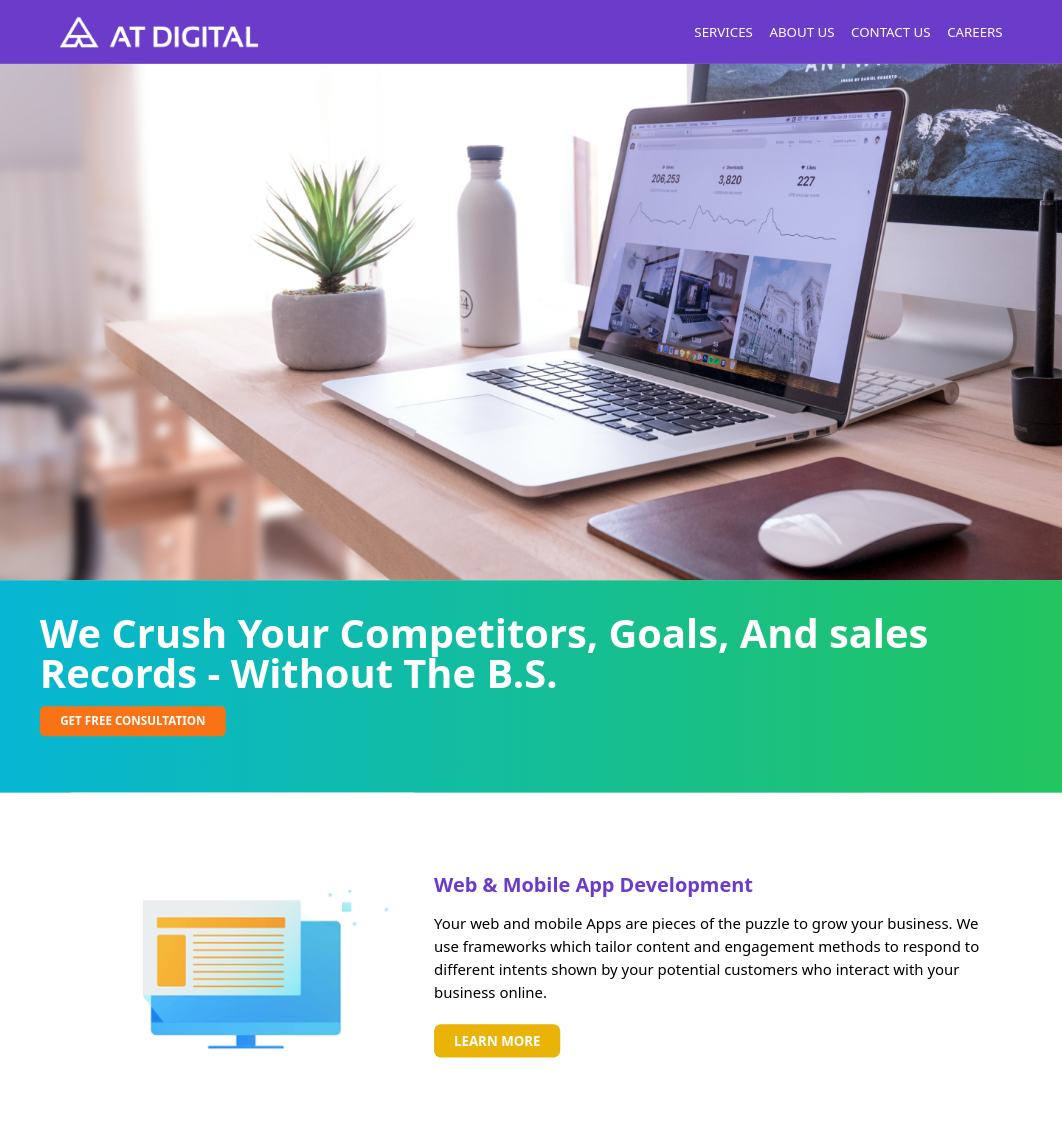
Repository: Milith97/AT-Digital-Website
Page: /
The author's editor kept a copy of each file at every save. The page is drawn from the files as they stood at one save, then again after the next save.
The browser window is 1280 px wide. The pictures show the whole page, at 83% of full size.
The project was rebuilt for these pictures with package versions that can differ from the ones it lists, and the page was loaded fresh each time. Also part of the build but not shown: vite.config.js.

Above is the page before, as saved 2024-04-06 22:39:30.

### src/App.jsx
// App.js or your main component file
import React from 'react';
import NavBar from './Components/NavBar';
import HomePage from './Components/HomePage';
import Servicers from './Components/Servicers'

function App() {
  return (
    <div className="App">
      <NavBar />
      <HomePage />
      <Servicers/>
    </div>
  );
}

export default App;

### src/Components/NavBar.jsx
import React, { useState } from 'react';
import Logo from '../assets/Img/Logo.png';

const NavBar = () => {
    const [isOpen, setIsOpen] = useState(false);

    return (
        <nav className="bg-[#6B3CC9]">
            <div className="max-w-1440px max-h-20 xl:px-16 md:px-7 sm:px-11 max-lg:mx-6">
                <div className="flex justify-between">
                    <div>
                        <a href="#" className={`flex items-center py-5 sm:px-2 ${isOpen ? 'hidden' : 'flex'}`}>
                            <img src={Logo} alt="Logo" />
                        </a>
                    </div>
                    <div className={`hidden md:flex font-medium text-white items-center space-x-1 ${isOpen ? 'flex' : 'hidden'}`}>
                        <a href="#" className="py-5 px-2 ">SERVICES</a>
                        <a href="#" className="py-5 px-2 ">ABOUT US</a>
                        <a href="#" className="py-5 px-2 ">CONTACT US</a>
                        <a href="#" className="py-5 px-2 ">CAREERS</a>
                    </div>
                    <div className="md:hidden flex items-center ">
                        <button onClick={() => setIsOpen(!isOpen)} className="text-white focus:outline-none">
                            {!isOpen ? (
                                <svg className="h-14 w-10" stroke="white" viewBox="0 0 24 24" >
                                    <path strokeLinecap="round" strokeLinejoin="round" strokeWidth="3" d="M4 6h16M4 12h16M4 18h16" />
                                </svg>
                            ) : (
                                <svg className="h-12 w-8" stroke="black" viewBox="0 0 24 24" >
                                    <path strokeLinecap="round" strokeLinejoin="round" strokeWidth="3" d="M6 18L18 6M6 6l12 12" />
                                </svg>
                            )}
                        </button>
                    </div>
                </div>
            </div>
            <div className={`${isOpen ? 'block' : 'hidden'} md:hidden`}>
                <div className="bg-white">
                    <a href="#" className="block py-2 px-4 text-sm text-black-500 ">HOME</a>
                    <a href="#" className="block py-2 px-4 text-sm text-black-500">SERVICES</a>
                    <a href="#" className="block py-2 px-4 text-sm text-black-500">ABOUT US</a>
                    <a href="#" className="block py-2 px-4 text-sm text-black-500">CONTACT US</a>
                    <a href="#" className="block py-2 px-4 text-sm text-black-500">CAREERS</a>
                </div>
            </div>
        </nav>
    );
};

export default NavBar;

### src/Components/HomePage.jsx
import React from 'react';
import backgroundImage from '../assets/Img/Home.png';

const HomePage = () => {
    return (
        <div className=''>
            <div>
                <img src={backgroundImage} alt="Home Image" />
            </div>
            <div className='h-64 max-w-full bg-gradient-to-r from-cyan-500 to-green-500 '>
                <div className='text-lg py-6 px-12 '>
                    <p className='font-bold text-5xl text-white py-4'>We Crush Your Competitors, Goals, And sales Records - Without The B.S.</p>
                    <div className=''>
                        <button className='bg-orange-500 text-white font-bold text-sm h-9 w-56 rounded-md'>GET FREE CONSULTATION</button>
                    </div>
                </div>
            </div>
        </div>
    );
};

export default HomePage;

### src/Components/Servicers.jsx
// import React from 'react';
// import Service1 from '../assets/Img/Service1.png';
// const Servicers = () => {
//     return (
//         <div className="flex flex-col md:flex-row items-center justify-center">
//             <div className=" lg:w-2/5 flex-shrink-0 mb-6 md:mb-0 mr-0 md:mr-0">
//                 <img src={Service1} alt="Service Image" className="xl:w-full xl:h-full object-cover" />
//             </div>

//             {/* Right Side (Content) */}
//             <div className="lg:w-3/5">
//                 <h2 className="sm:text-3xl md:text-2xl lg:text-3xl xl:text-2xl 2xl:text:4xl  font-bold mb-4 text-[#6B3CC9]">Web & Mobile App Development</h2>
//                 <p className=" sm:text-xl md:text-lg lg:text-lg xl:text-lg 2xl:text-xl font-normal  mb-6 ">Your web and mobile Apps are pieces of the puzzle to grow your business. We use frameworks which tailor content and engagement methods to respond to different intents shown by your potential customers who interact with your business online.</p>
//                 <button className="bg-yellow-500 text-white font-bold py-2 px-6 rounded-lg hover:bg-yellow-600 transition-colors">LEARN MORE</button>
//             </div>
//         </div>
//     );
// };

// export default Servicers;

import React from 'react';
import Service1 from '../assets/Img/Service1.png';

const Services = () => {
    return (
        <div className="flex flex-col md:flex-row items-center justify-center">
            {/* Left Side (Image) */}
            <div className="w-414 h-414  flex-shrink-0 mb-6 md:mb-0 mr-0 md:mr-6">
                {/* Replace the 'src' attribute with your image URL */}
                <img src={Service1} alt="Service Image" className="w-full h-full object-cover" />
            </div>

            {/* Right Side (Content) */}
            <div className="md:max-w-lg lg:max-w-xl xl:max-w-2xl ">
                <h2 className=" md:text-2xl lg:text-3xl xl:text-2xl 2xl:text:4xl  font-bold mb-4 text-[#6B3CC9]">Web & Mobile App Development</h2>
                <p className="sm:text-xs md:text-xs lg:text-lg xl:text-lg 2xl:text-lg font-medium mb-6">Your web and mobile Apps are pieces of the puzzle to grow your business. We use frameworks which tailor content and engagement methods to respond to different intents shown by your potential customers who interact with your business online.</p>
                <button className="bg-yellow-500 text-white font-bold py-2 px-6 rounded-lg hover:bg-yellow-600 transition-colors">LEARN MORE</button>
            </div>
        </div>
    );
};

export default Services;

Loaded but not shown: index.html (common file); src/main.jsx (common file); src/index.css (common file); tailwind.config.js (common file)

After the next save:
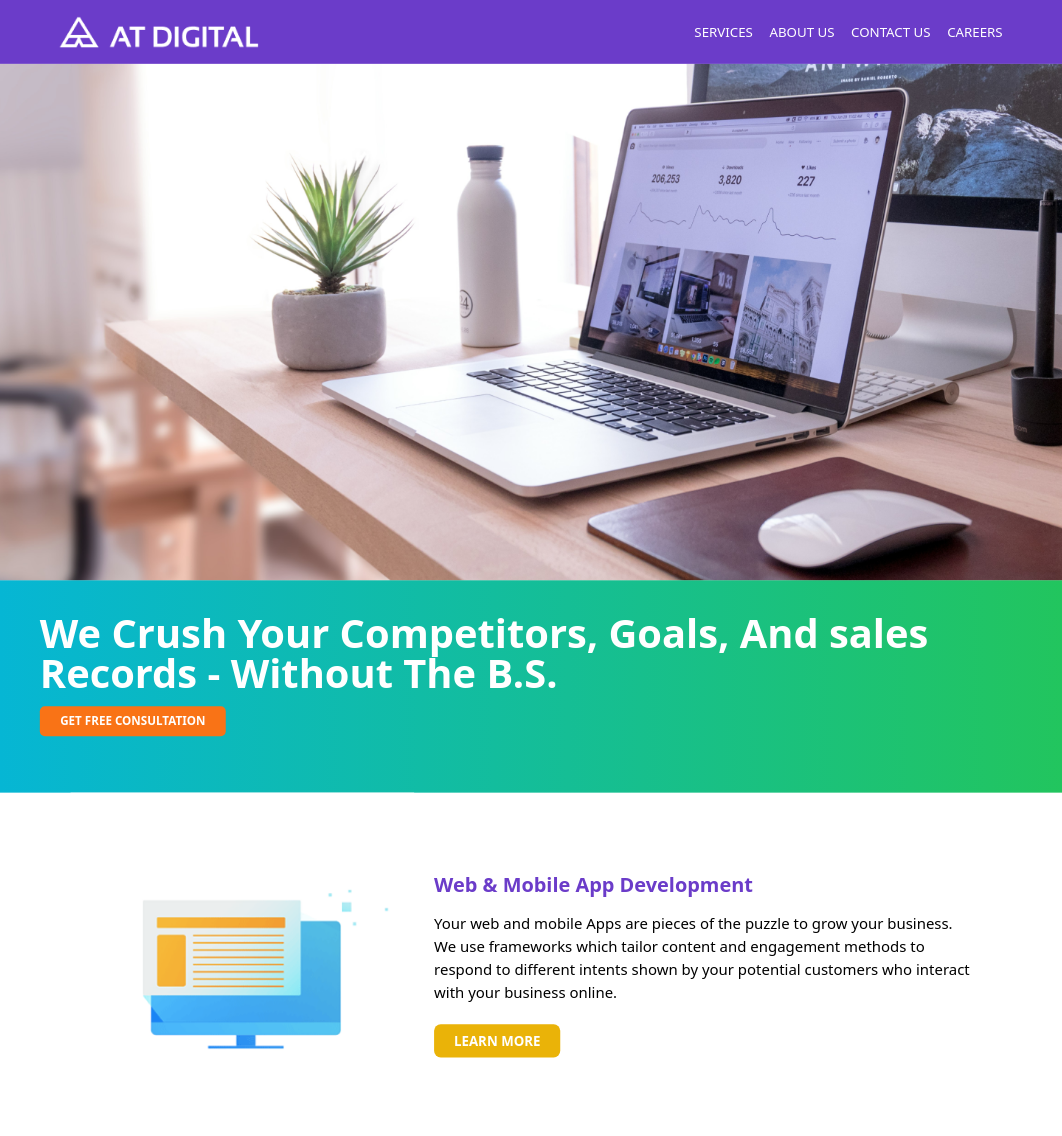
Saved 20 s later.
--- a/src/Components/Servicers.jsx
+++ b/src/Components/Servicers.jsx
@@ -34,7 +34,7 @@ const Services = () => {
             {/* Right Side (Content) */}
             <div className="md:max-w-lg lg:max-w-xl xl:max-w-2xl ">
                 <h2 className=" md:text-2xl lg:text-3xl xl:text-2xl 2xl:text:4xl  font-bold mb-4 text-[#6B3CC9]">Web & Mobile App Development</h2>
-                <p className="sm:text-xs md:text-xs lg:text-lg xl:text-lg 2xl:text-lg font-medium mb-6">Your web and mobile Apps are pieces of the puzzle to grow your business. We use frameworks which tailor content and engagement methods to respond to different intents shown by your potential customers who interact with your business online.</p>
+                <p className="sm:text-xs md:text-xs lg:text-lg xl:text-lg 2xl:text-lg font-medium mb-6 md:mr-6">Your web and mobile Apps are pieces of the puzzle to grow your business. We use frameworks which tailor content and engagement methods to respond to different intents shown by your potential customers who interact with your business online.</p>
                 <button className="bg-yellow-500 text-white font-bold py-2 px-6 rounded-lg hover:bg-yellow-600 transition-colors">LEARN MORE</button>
             </div>
         </div>
